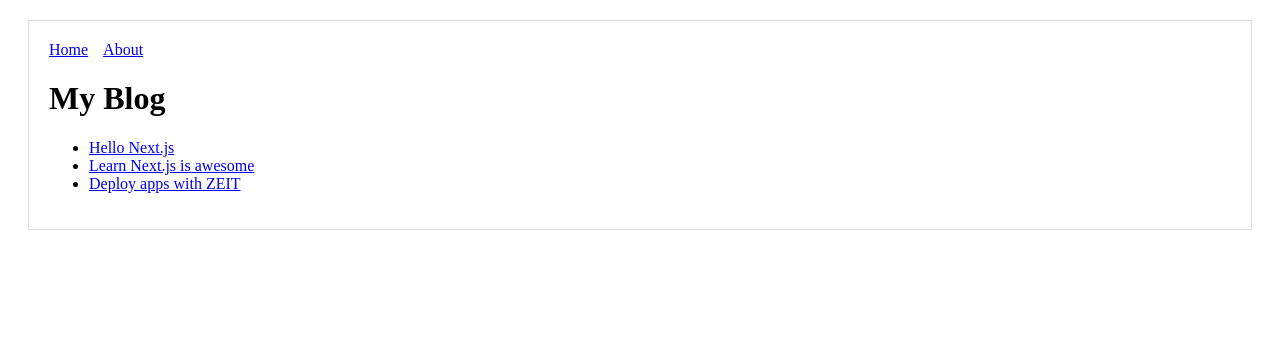
Repository: sivaraj-v/nextJs
Page: /
The author's editor kept a copy of each file at every save. The page is drawn from the files as they stood at one save, then again after a run of saves.
The browser window is 1280 px wide. The pictures show the whole page.
The project was rebuilt for these pictures with package versions that can differ from the ones it lists, and the page was loaded fresh each time. Some packages were replaced by stand-ins written for this rebuild. The framework's server and built-in components were replaced by stand-ins that run in the browser.

Above is the page before, as saved 2017-10-11 17:16:15.

### pages/index.js
// This is the Link API
import Header from "../comps/Header";
import Layout from "../comps/MyLayout.js";
import Link from "next/link";
import Head from "next/head";
import fetch from "isomorphic-unfetch";

// SET 1
// const content = <p>HOME DATA</p>;
// const PostLink = props => (
//   <li>
//     <Link as={"/p/" + props.id} href={"/posts?title=" + props.title}>
//       <a>{props.title}</a>
//     </Link>
//   </li>
// );
// const Index = () => (
//   <div>
//     {/* <Link href="/about">
//       <a style={{ fontSize: 14 }}>About Page</a>
//     </Link> */}
//     <Head>
//       <title>My page title</title>
//       <meta name="viewport" content="initial-scale=1.0, width=device-width" />
//     </Head>
//     {/* <Header /> */}
//     <Layout content={content}>
//       <p>HOMESS</p>
//       <ul>
//         <PostLink id="hello-nextjs" title="Hello Next.js" />
//         <PostLink id="learn-nextjs" title="Learn Next.js is awesome" />
//         <PostLink id="deploy-nextjs" title="Deploy apps with Zeit" />
//       </ul>
//     </Layout>
//   </div>
// );
//export default Index;

// SET 2
// const Index = props => (
//   <Layout>
//     <h1>Batman TV Shows</h1>
//     <ul>
//       {props.shows.map(({ show }) => (
//         <li key={show.id}>
//           <Link as={`/p/${show.id}`} href={`/posts?id=${show.id}`}>
//             <a>{show.name}</a>
//           </Link>
//         </li>
//       ))}
//     </ul>
//   </Layout>
// );

// Index.getInitialProps = async function() {
//   const res = await fetch("https://api.tvmaze.com/search/shows?q=batman");
//   const data = await res.json();

//   console.log(`Show data fetched. Count: ${data.length}`);

//   return {
//     shows: data
//   };
// };

// export default Index;

function getPosts() {
  return [
    { id: "hello-nextjs", title: "Hello Next.js" },
    { id: "learn-nextjs", title: "Learn Next.js is awesome" },
    { id: "deploy-nextjs", title: "Deploy apps with ZEIT" }
  ];
}
const PostLink = ({ post }) => (
  <li>
    <Link as={`/p/${post.id}`} href={`/post?title=${post.title}`}>
      <a>{post.title}</a>
    </Link>
    <style jsx>{`
      h1,
      a {
        font-family: "Arial";
      }

      ul {
        padding: 0;
      }

      li {
        list-style: none;
        margin: 5px 0;
      }

      a {
        text-decoration: none;
        color: blue;
      }

      a:hover {
        opacity: 0.6;
      }
    `}</style>
  </li>
);

export default () => (
  <Layout>
    <h1>My Blog</h1>
    <ul>
      {getPosts().map(post => (
        <li key={post.id}>
          <Link as={`/p/${post.id}`} href={`/post?title=${post.title}`}>
            <a>{post.title}</a>
          </Link>
        </li>
      ))}
    </ul>
  </Layout>
);

### comps/Header.js
import Link from "next/link";

const linkStyle = {
  marginRight: 15
};

const Header = () => (
  <div>
    <Link href="/">
      <a style={linkStyle}>Home</a>
    </Link>
    <Link href="/about">
      <a style={linkStyle}>About</a>
    </Link>
    {/* <Link href={{ pathname: "/about", query: { name: "Zeit" } }}>
      <a style={{ fontSize: 14 }}>About</a>
    </Link> */}
  </div>
);

export default Header;

### comps/MyLayout.js
import Header from "./Header";

const layoutStyle = {
  margin: 20,
  padding: 20,
  border: "1px solid #DDD"
};

const Layout = props => (
  <div style={layoutStyle}>
    <Header />
    {props.content}
    {props.children}
  </div>
);

export default Layout;

After the next 5 saves:
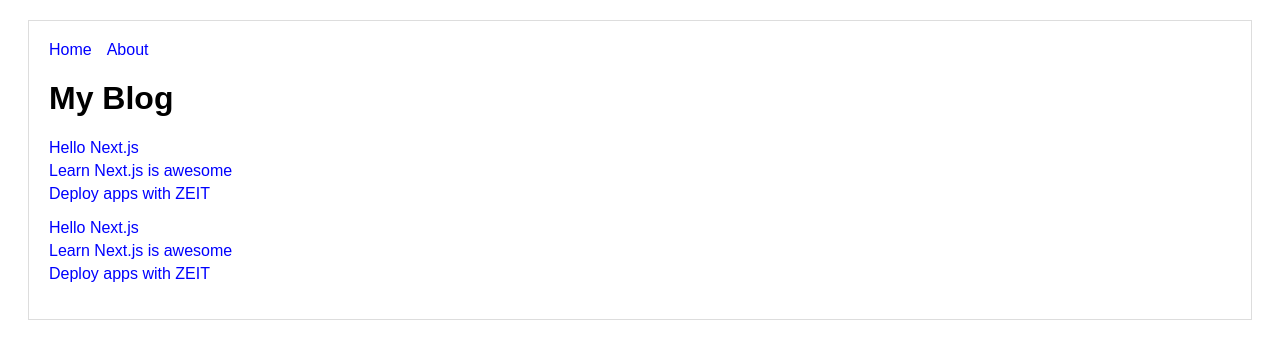
The 5 saves are shown as one change because 1 did not build or start and some came seconds apart.
The last was saved 52 s later.
--- a/pages/index.js
+++ b/pages/index.js
@@ -116,5 +116,6 @@ export default () => (
         </li>
       ))}
     </ul>
+    <ul>{getPosts().map(post => <PostLink key={post.id} post={post} />)}</ul>
   </Layout>
 );
